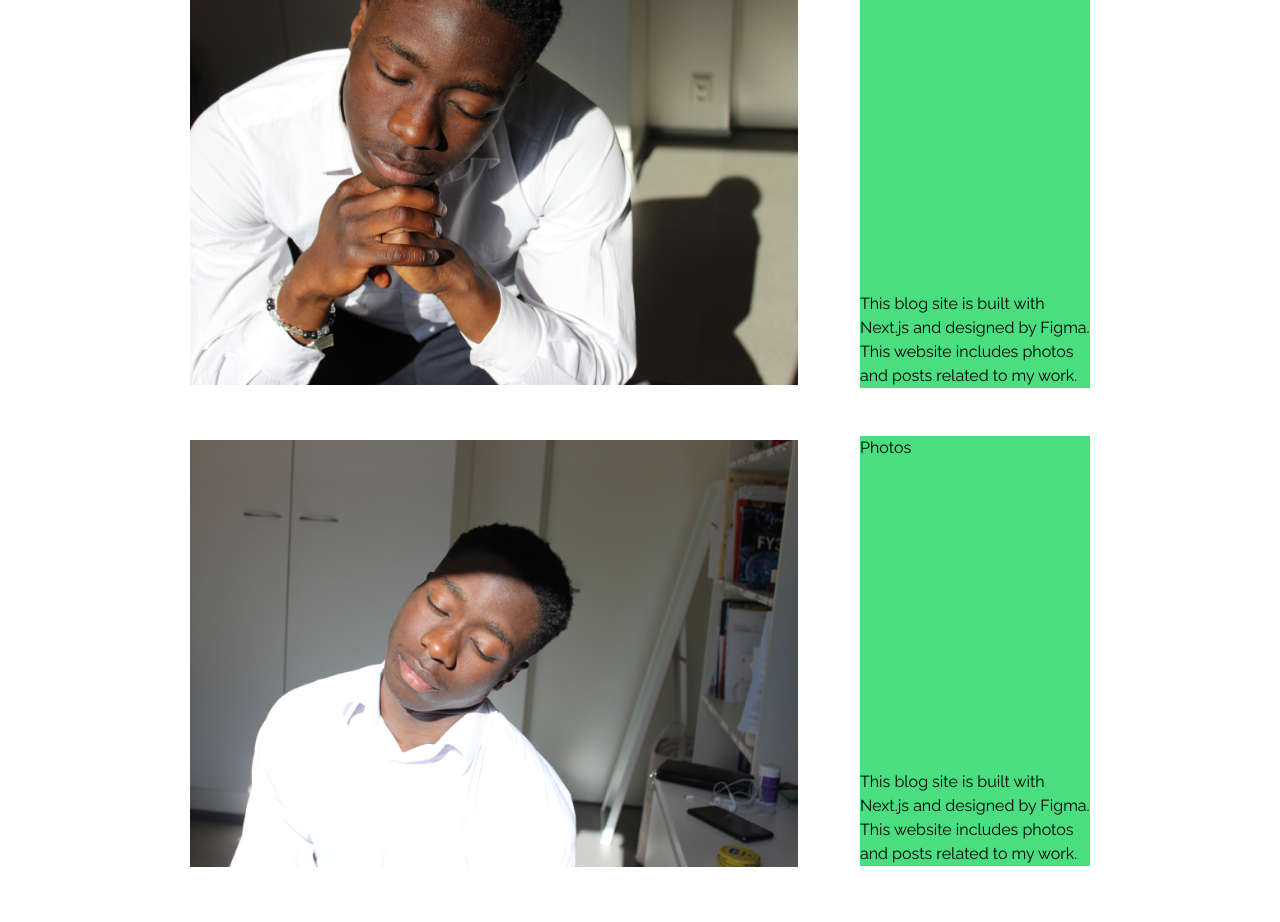
Repository: Graquick/Blog
Page: /photos
An editor plug-in stored every save of this project. The page is shown before and after the next save, followed by the edit.
The browser window is 1280 px wide. The pictures show the whole page.
The project was rebuilt for these pictures with package versions that can differ from the ones it lists, and the page was loaded fresh each time. The framework's server and built-in components were replaced by stand-ins that run in the browser. Also part of the build but not shown: next.config.js, components/Footer.js.

Above is the page before, as saved 2022-07-07 14:21:28.

### pages/_app.js
import React, { useState, useEffect, useRef, useCallback } from 'react';
import { AnimatePresence } from 'framer-motion'
import { ThemeProvider } from 'next-themes'
import { useRouter } from 'next/router'
import '../styles/globals.css'

function MyApp({ Component, pageProps }) {
  const timeoutRef = useRef();

  const clearTimer = useCallback(
    () => clearTimeout(timeoutRef.current),
    []
  );

  // useEffect(() => {
  //   if (timeoutRef.current) clearTimer();

  //   timeoutRef.current = setTimeout(() => {
  //     window.scrollTo(0, 0);
  //   }, 10);

  //   return () => {
  //     clearTimer();
  //   };
  // }, [clearTimer]);

  useEffect(() => {
    window.history.scrollRestoration = 'manual'
  }, []);


  return (
    <AnimatePresence>
      <ThemeProvider attribute="class">
        <Component {...pageProps} />
      </ThemeProvider>
    </AnimatePresence>
  )
}

export default MyApp

### pages/_document.js
import { Html, Head, Main, NextScript } from 'next/document'

export default function Document() {
  return (
    <Html>
      <Head />
      <body style={{ fontFamily: "Raleway, Roboto", scrollBehavior: "smooth" }}>
        <Main />
        <NextScript />
      </body>
    </Html>
  )
}

### pages/photos.js
import React, { useState, useEffect, useRef } from 'react';
import Head from 'next/head';
import Image from 'next/image';
import Link from 'next/link';
import { useRouter } from 'next/router';
import { motion, AnimatePresence } from 'framer-motion';
import { Icon } from '@iconify/react';

import profile from '../public/profile.png'
import photo1 from '../public/photo-1.png'
import photo2 from '../public/photo-2.png'

import Footer from "../components/Footer";
import Header from "../components/Header";

const photos = [
    { id: 1, src: photo1 },
    { id: 2, src: photo2 }
]

const desc = [
    { id: 1, title: 'About', src: photo1, text: "This blog site is built with Next.js and designed by Figma. This website includes photos and posts related to my work." },
    { id: 2, title: 'Photos', src: photo2, text: "This blog site is built with Next.js and designed by Figma. This website includes photos and posts related to my work."}
]

const layInfo = {
    fixed: "absolute bottom-[4rem] right-0 m-auto flex flex w-[230px] justify-between"
}

export default function Photos() {
  return (
    <>
      <motion.main className="min-h-screen">
          <div className="absolute top-0 bottom-0 left-0 right-0 m-auto w-fit h-fit">
            <Header />
            <div className="w-[900px] h-fit flex justify-between">
              <div>
                {photos.map((img, i) => (
                  <div key={i} className="mb-12">
                    <Image src={img.src}
                      alt="Img"
                      width={608}
                      height={427}
                      blurDataURL={profile}
                      placeholder="blur"
                      priority
                    />
                  </div>
                ))}
              </div>

              <div>
                {desc.map((desc, i) => (
                  <div key={i} className="w-[230px] h-[430px] bg-green-400 flex flex-col justify-between mb-12">
                    <h1 className="">{desc.title}</h1>
                    <p>{desc.text}</p>
                  </div>
                ))}
              </div>

              {/* <div className="w-[230px] h-full flex flex-col justify-between">
                <h1 className="text-[2.25rem] font-bold leading-10">Brima Freeman</h1>
                <div className="h-[215px] flex flex-col justify-between">
                  <p className="text-[.9rem]">Hey, I&apos;m a Frontend Developer based in Finland. I enjoy working with Next.js and crafting beautiful front-end experiences.
                  </p>
                  <p className="text-[.9rem]">
                  This blog site is built with Next.js and designed by Figma. This website includes photos and posts related to my work.
                  </p>
                </div>
                <Footer />
              </div> */}
            </div>
        </div>
      </motion.main>
    </>
  )
}

### styles/globals.css
@import url('https://fonts.googleapis.com/css2?family=Press+Start+2P&family=Raleway:wght@300;400;500;600;700&family=Roboto:wght@300;400;500;700&display=swap');
@tailwind base;
@tailwind components;
@tailwind utilities;

* {
  box-sizing: border-box;
}

html,
body {
  padding: 0;
  margin: 0;
}

### components/Header.js
import React, { useState, useEffect, useRef } from 'react';
import Head from 'next/head';
import Image from 'next/image';
import Link from 'next/link';
import { useRouter } from 'next/router';
import { motion, AnimatePresence } from 'framer-motion';
import { Icon } from '@iconify/react';

const Logo = () => {
    return (
        <div className="w-fit flex justify-center gap-2 cursor-pointer transition-all duration-150 ease-in-out group">
            <div className="text-[1.5rem] font-bold uppercase bg-black text-white w-16 h-16 flex items-end justify-end py-0 px-1 ease-in-out dark:bg-zinc-500 dark:text-zinc-400">bf</div><div className="text-[1.5rem] flex items-end justify-end font-bold uppercase text-black ease-in-out dark:text-zinc-500">
                blog
            </div>
        </div>
    )
}

const links = [
    { id: 1, title: 'About', href: '/'},
    { id: 2, title: 'Photos', href: '/photos'},
    { id: 3, title: 'Posts', href: '/posts'}
]

function Header() {
    const router = useRouter();
  return (
    <>
        <main className="left-0 m-auto right-0 py-8 w-full mb-8 h-[8rem] flex justify-between items-center">
            <div >
                <Logo />
            </div>

            <nav className="h-fit">
                <ul className="flex w-[230px] justify-between">
                    {links.map((links, i) => (
                        <div key={i}>
                            <li className={router.pathname === links.href ? "underline-offset-4 underline" : ""}>
                                <Link href={links.href}>
                                    {links.title}
                                </Link>
                            </li>
                        </div>
                    ))}
                </ul>
            </nav>
        </main>
    </>
  )
}

export default Header

### tailwind.config.js
module.exports = {
  content: [
    "./pages/**/*.{js,ts,jsx,tsx}",
    "./components/**/*.{js,ts,jsx,tsx}",
  ],
  darkMode: "class", // "false" or "media"
  theme: {
    extend: {

    },
    screens: {
      '2xl': {'max': '1440px'},
      // => @media (max-width: 1440px) { ... }

      'xl': {'max': '1024px'},
      // => @media (max-width: 1024px) { ... }

      'lg': {'max': '768px'},
      // => @media (max-width: 768px) { ... }

      'md': {'max': '425px'},
      // => @media (max-width: 425px) { ... }

      'sm': {'max': '375px'},
      // => @media (max-width: 375px) { ... }

      'xs': {'max': '320px'},
      // => @media (max-width: 320px) { ... }
    },
    fontFamily: {
      'raleway': "Raleway, sans-serif",
      'roboto': "Roboto, sans-serif",
      'play': "Press\\ Start\\ 2P, cursive"
    }
  },
  plugins: [require('@tailwindcss/forms')],
}

After the next save:
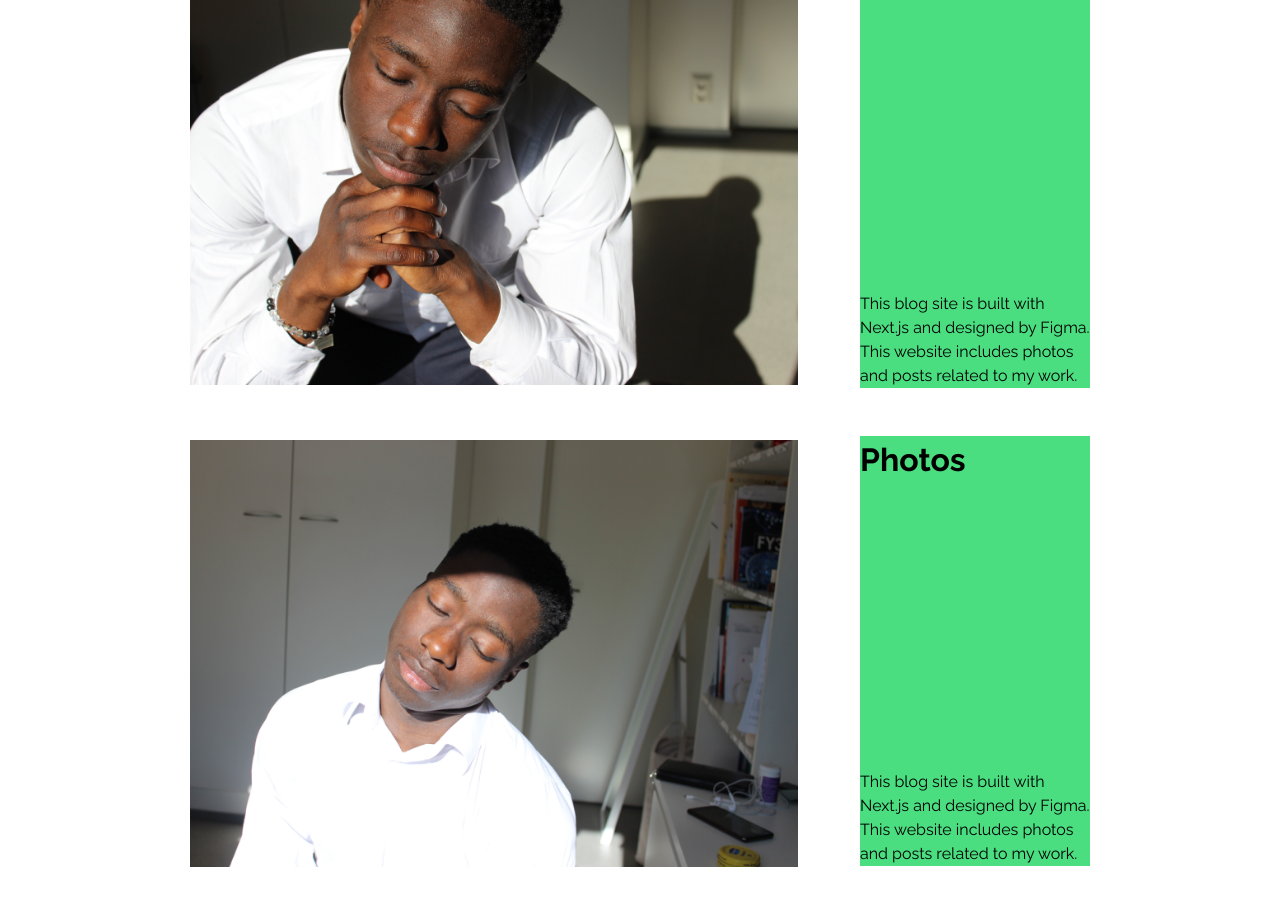
Saved 6 s later.
--- a/pages/photos.js
+++ b/pages/photos.js
@@ -52,7 +52,7 @@ export default function Photos() {
               <div>
                 {desc.map((desc, i) => (
                   <div key={i} className="w-[230px] h-[430px] bg-green-400 flex flex-col justify-between mb-12">
-                    <h1 className="">{desc.title}</h1>
+                    <h1 className="text-[2rem] font-bold">{desc.title}</h1>
                     <p>{desc.text}</p>
                   </div>
                 ))}
